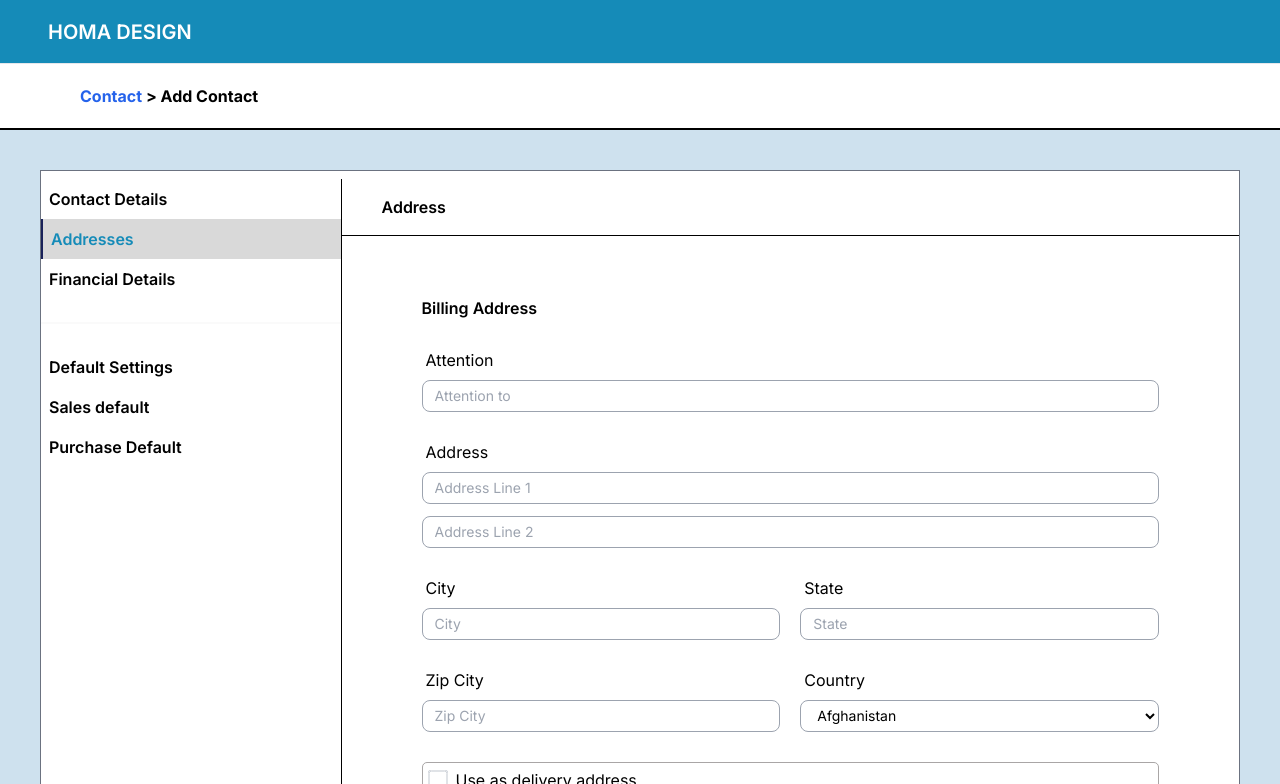
Repository: khairul35/homa-FE
Page: /contact
The author's editor kept a copy of each file at every save. The page is drawn from the files as they stood at one save, then again after the next save.
The browser window is 1280 px wide. The pictures show the whole page.
An inner scrolling area shows only its first screen. The project was rebuilt for these pictures with package versions that can differ from the ones it lists, and the page was loaded fresh each time. The framework's server and built-in components were replaced by stand-ins that run in the browser. Also part of the build but not shown: next.config.js, app/components/layout/header/BusinessMenu.tsx, app/components/layout/header/CompanyMenu.tsx, app/contact/index.component.tsx, app/contact/form/contact-details/index.module.css, app/contact/form/contact-details/index.component.tsx, app/contact/form/contact-details/index.tsx.

Above is the page before, as saved 2024-01-07 21:31:07.

### app/layout.tsx
import type { Metadata } from 'next'
import { Inter } from 'next/font/google'
import Header from './components/layout/Header';
import './globals.css'

const inter = Inter({ subsets: ['latin'] })

export const metadata: Metadata = {
  title: 'MyAccount2U',
  description: 'Accounting System',
}

export default function RootLayout({
  children,
}: {
  children: React.ReactNode
}) {
  return (
    <html lang="en">
      <body className={inter.className}>
        <div className='flex flex-col h-screen'>
          <Header />
          {children}
        </div>
      </body>
    </html>
  )
}

### app/contact/page.tsx
'use client';
import { useState } from 'react';
import { ComponentProps, Contact } from './index.props';
import Component from './index.component';
import ContactForm from './form';
import { FormProps } from './form/index.props';

const emptySelectedContact: Contact = {
    id: null,
    name: '',
    accountNumber: '',
    youOwe: null,
    theyOwe: null,
    status: 'Active',
    type: 'Customers',
    website: null,
    registrationNumber: null,
    notes: null,
    isBillingSameAsDelivery: false,
    organizationId: null,
    contactPhoneNumber: [
        {
            countryCode: '+60',
            number: '',
        },
    ],
    contactPrimaryPerson: [
        {
            firstName: '',
            lastName: '',
            email: '',
        },
    ],
};

const Contact = () => {
    const [currentTab, setCurrentTab] = useState('all');
    const [show, setShow] = useState<'list'|'form'>('form');
    const [selectedContact, setSelectedContact] = useState<Partial<Contact>>(emptySelectedContact)
    const selectedStyle = {
        backgroundColor: '#ECECEC',
        borderBottom: '3px solid #158BB8',
    };

    const onClickAddContact = () => {
        setSelectedContact(emptySelectedContact)
        setShow('form');
    };

    // Function to handle changes in contact name or account number
    const handleContactChange = (e: React.ChangeEvent<HTMLInputElement>) => {
        const { name, value } = e.target;
        setSelectedContact({
            ...selectedContact,
            [name]: value,
        });
    };

    // Function to handle changes in primary person's details
    const handlePrimaryPersonChange = (index: number, field: string, value: string) => {
        const updatedPrimaryPersons = [...(selectedContact?.contactPrimaryPerson || [])];
        updatedPrimaryPersons[index] = {
            ...updatedPrimaryPersons[index],
            [field]: value,
        };
        setSelectedContact({
            ...selectedContact,
            contactPrimaryPerson: updatedPrimaryPersons,
        });
    };

    // Function to handle changes in phone number details
    const handlePhoneNumberChange = (index: number, field: string, value: string) => {
        const updatedPhoneNumbers = [...(selectedContact?.contactPhoneNumber || [])];
        updatedPhoneNumbers[index] = {
            ...updatedPhoneNumbers[index],
            [field]: value,
        };
        setSelectedContact({
            ...selectedContact,
            contactPhoneNumber: updatedPhoneNumbers,
        });
    };

    const onSaveDetail = () => {
        console.log(selectedContact);
    };

    const onCancel = () => {
        setShow('list');
    };

    const componentProps: ComponentProps = {
        currentTab,
        selectedStyle,
        setCurrentTab,
        onClickAddContact
    };

    const contactFormProps: FormProps = {
        selectedContact,
        setSelectedContact,
        setShow,
        handleContactChange,
        handlePrimaryPersonChange,
        handlePhoneNumberChange,
        onSaveDetail,
        onCancel,
    };

    if (show == 'list') {
        return (<Component {...componentProps} />);
    }
    if (show == 'form') {
        return (<ContactForm {...contactFormProps} />);
    }
    return(<></>);
};

export default Contact;

### app/contact/form/index.tsx
'use client';

import { useState } from "react";
import Component from "./index.component";
import { ComponentProps, FormProps } from "./index.props";

const ContactForm = (props: FormProps) => {
    const {
        selectedContact,
        setShow,
        setSelectedContact,
        handleContactChange,
        handlePrimaryPersonChange,
        handlePhoneNumberChange,
        onSaveDetail,
        onCancel,
    } = props;

    const [menu, setMenu] = useState<string>('address');

    const onBack = () => {
        setShow('list');
    };

    const addAnotherPerson = () => {
        const arr = selectedContact?.contactPrimaryPerson || [];
        arr.push({
            firstName: '',
            lastName: '',
            email: '',
        });
        const updatedDetail = {
            ...selectedContact,
            ...arr
        };
        setSelectedContact(updatedDetail);
    };

    const addPhoneNumber = () => {
        const arr = selectedContact?.contactPhoneNumber || [];
        arr.push({
            countryCode: '+60',
            number: '',
        });
        const updatedDetail = {
            ...selectedContact,
            ...arr
        };
        setSelectedContact(updatedDetail);
    };
    const componentProps: ComponentProps = {
        menu,
        selectedContact,
        addAnotherPerson,
        addPhoneNumber,
        setMenu,
        onBack,
        handleContactChange,
        handlePrimaryPersonChange,
        handlePhoneNumberChange,
        onSaveDetail,
        onCancel,
    };

    return (<Component {...componentProps} />)
};

export default ContactForm;

### api/organization/index.ts
import repository from "../repository";
import { CreateOrganizationProps, UpdateOrganizationProps } from "./props";

const resource = '/api/organization';

const api = {
    findMyOrganization() {
        return repository.get(`${resource}/me`);
    },
    findMyOrganizations() {
        return repository.get(`${resource}/me/all`);
    },
    createOrganization(body: CreateOrganizationProps) {
        return repository.post(`${resource}`, body);
    },
    updateOrganization(body: UpdateOrganizationProps) {
        return repository.put(`${resource}`, body);
    },
    updateCurrentOrganization(organizationId: number) {
        return repository.put(`${resource}/current-organization/${organizationId}`);
    },
};

export default api;

### app/contact/form/index.component.tsx
import { ComponentProps } from "./index.props"
import styles from './index.module.css';
import ContactDetails from "./contact-details";
import { ContactDetailProps } from "./contact-details/index.props";
import { ContactAddressProps } from "./address/index.props";
import ContactAddress from "./address";

const Component = (props: ComponentProps) => {
    const {
        menu,
        selectedContact,
        addAnotherPerson,
        addPhoneNumber,
        setMenu,
        onBack,
        handleContactChange,
        handlePrimaryPersonChange,
        handlePhoneNumberChange,
        onSaveDetail,
        onCancel,
    } = props;

    const contactDetailProps: ContactDetailProps = {
        contact: selectedContact,
        addAnotherPerson,
        addPhoneNumber,
        handleContactChange,
        handlePrimaryPersonChange,
        handlePhoneNumberChange,
        onSaveDetail,
        onCancel,
    };

    const contactAddressProps: ContactAddressProps = {
        contact: selectedContact,
        onCancel,
    };

    const DetailComponent = () => {
        if (menu == 'details') {
            return (
                <>
                    <ContactDetails { ...contactDetailProps } />
                </>
            );
        }
        if (menu == 'address') {
            return (
                <>
                    <ContactAddress { ...contactAddressProps } />
                </>
            );
        }
        return (<></>)
    }

    return (
        <div className="bg-bg-color min-h-screen overflow-auto pb-5">
            <div className="bg-white border-b-2 border-black">
                <h1 className="pl-20 pt-5 pb-5 text-l font-bold">
                    <a
                        className="text-blue-600 cursor-pointer"
                        onClick={() => onBack()}
                    >
                        Contact
                    </a>
                    &nbsp;&gt; {selectedContact?.id ? selectedContact.name : 'Add Contact'}
                </h1>
            </div>
            <div
                className="flex
                    flex-col
                    md:flex-row
                    bg-white
                    m-10
                    pt-2
                    border-gray-500
                    border-solid
                    border"
                >
                <div className="md:w-1/4 md:order-1">
                    <div
                        className={`p-2 font-semibold cursor-pointer
                            ${styles.menu}
                            ${menu == 'details' ? styles.selectedMenu : ''}`
                        }
                        onClick={() => setMenu('details')}
                    >
                        Contact Details
                    </div>
                    <div
                        className={`p-2 font-semibold cursor-pointer
                            ${styles.menu}
                            ${menu == 'address' ? styles.selectedMenu : ''}`
                        }
                        onClick={() => setMenu('address')}
                    >
                        Addresses
                    </div>
                    <div
                        className={`p-2 font-semibold cursor-pointer
                            ${styles.menu}
                            ${menu == 'financial' ? styles.selectedMenu : ''}`
                        }
                        onClick={() => setMenu('financial')}
                    >
                        Financial Details
                    </div>
                    <div className="divider before:bg--gray-500 after:bg--gray-500"></div>
                    <div
                        className={`p-2 font-semibold cursor-pointer
                            ${styles.menu}
                            ${menu == 'setting' ? styles.selectedMenu : ''}`
                        }
                        onClick={() => setMenu('setting')}
                    >
                        Default Settings
                    </div>
                    <div
                        className={`p-2 font-semibold cursor-pointer
                            ${styles.menu}
                            ${menu == 'sales' ? styles.selectedMenu : ''}`
                        }
                        onClick={() => setMenu('sales')}
                    >
                        Sales default
                    </div>
                    <div
                        className={`p-2 font-semibold cursor-pointer
                            ${styles.menu}
                            ${menu == 'purchase' ? styles.selectedMenu : ''}`
                        }
                        onClick={() => setMenu('purchase')}
                    >
                        Purchase Default
                    </div>
                </div>
                <div className={`md:w-3/4 md:order-2 ${styles.leftDivider}`}>
                    <DetailComponent />
                </div>
            </div>
        </div>
    );
};

export default Component;

### api/repository.ts
import axios from 'axios';
import AuthRepository from './auth';

const repository = axios.create({
    baseURL: 'http://localhost:3000',
});

// Request interceptor to add Bearer token to outgoing requests
repository.interceptors.request.use(
    (config) => {
        const accessToken = localStorage.getItem('accessToken');
        if (accessToken) {
            config.headers.Authorization = `Bearer ${accessToken}`;
        }
        return config;
    },
    (error) => {
        return Promise.reject(error);
    }
);

let isRefreshing = false;
let failedQueue: any = [];

// Function to refresh the session and retry failed requests
async function retryFailedRequests(error: any) {
    if (isRefreshing) {
        try {
            const { data } = await AuthRepository.refreshToken();
            localStorage.setItem('accessToken', data.accessToken);
            localStorage.setItem('refreshToken', data.refreshToken);
            localStorage.setItem('isLogin', 'true');
            failedQueue.forEach((prom: any) => {
                prom.resolve(repository(prom.originalRequest));
            });
            failedQueue = [];
        } catch (error) {
            localStorage.setItem('isLogin', 'false');
            window.location.href = '/login';
            failedQueue.forEach((prom: any) => {
                prom.reject(error);
            });
            failedQueue = [];
        } finally {
            isRefreshing = false;
        }
    }
}

// Response interceptor to handle failed requests due to expired tokens
repository.interceptors.response.use(
    (response) => response,
    async (error) => {
        const {
            config,
            response: { status },
        } = error;

        if (status === 401) {
            const originalRequest = config;
            if (!isRefreshing) {
                isRefreshing = true;
                return new Promise((resolve, reject) => {
                    failedQueue.push({ resolve, reject, originalRequest });
                    retryFailedRequests(error);
                }).then((res) => {
                    return res;
                }).catch((err) => {
                    return Promise.reject(err);
                });
            } else {
                return new Promise((resolve, reject) => {
                    failedQueue.push({ resolve, reject, originalRequest });
                }).then((res) => {
                    return res;
                }).catch((err) => {
                    return Promise.reject(err);
                });
            }
        }
        return Promise.reject(error.response);
    }
);

export default repository;

### app/contact/form/index.module.css
.selectedMenu {
    background: #D9D9D9;
    color: #158BB8;
    border-left: 2px solid #192159 !important;
}

.menu:hover {
    background: #ececec;
    color: #158BB8;
    border-left: 2px solid #192059a1 !important;
}

.leftDivider {
    border-left: 1px solid #000;
}

### app/contact/form/address/index.tsx
'use client';

import Component from "./index.component";
import { ComponentProps, ContactAddressProps } from "./index.props";

const ContactAddress = (props: ContactAddressProps) => {
    const { contact, onCancel } = props;

    const componentProps: ComponentProps = {
        onCancel,
        contact,
    };

    return <Component {...componentProps} />
};

export default ContactAddress;

### api/auth.ts
import repository from "./repository";

const resource = "/api/auth";

const api = {
    login(username: string, password: string) {
        return repository.post(
            `${resource}/login`,
            { username, password },
        );
    },
    refreshToken() {
        return repository.post(
            `${resource}/refreshToken`,
            { refreshToken: localStorage.getItem('refreshToken') },
        );
    },
    logout() {
        return repository.post(`${resource}/logout`);
    },
    logoutAllDevice() {
        return repository.post(`${resource}/logout/all-device`);
    },
};

export default api;

### app/contact/form/address/index.component.tsx
import { ComponentProps } from "./index.props";
import styles from './index.module.css';
import countries from '@/constant/Country.json';

const Component = (props: ComponentProps) => {
    const {contact, onCancel } = props;

    const labelClass = "input-sm input input-bordered  bg-white border-gray-400 w-full"

    const FakeCheckBox = () => {
        if (contact?.isBillingSameAsDelivery) {
            return (
                <svg xmlns="http://www.w3.org/2000/svg" width="20" height="20" viewBox="0 0 30 30" fill="none">
                    <rect width="30" height="30" rx="5" fill="#158BB8"/>
                    <path fill-rule="evenodd" clip-rule="evenodd" d="M21.6894 9C21.3155 9 20.9817 9.14689 20.7413 9.38727L12.3416 17.8003L9.28354 14.7289C9.04316 14.4885 8.70931 14.3416 8.3354 14.3416C7.60093 14.3416 7 14.9425 7 15.677C7 16.0509 7.14689 16.3848 7.38727 16.6251L11.3935 20.6313C11.6338 20.8717 11.9677 21.0186 12.3416 21.0186C12.7155 21.0186 13.0494 20.8717 13.2897 20.6313L22.6376 11.2835C22.8779 11.0432 23.0248 10.7093 23.0248 10.3354C23.0248 9.60093 22.4239 9 21.6894 9Z" fill="white"/>
                </svg>
            );
            }
            return (<FakeEmptyCheckBox />);
    };

    const FakeEmptyCheckBox = () => {
        return (
            <svg xmlns="http://www.w3.org/2000/svg" width="20" height="20" viewBox="0 0 30 30" fill="none">
                <rect width="30" height="30" rx="5" fill="white" stroke="#D1D5DB" strokeWidth="1.5" />
                <rect x="1.75" y="1.75" width="26.5" height="26.5" rx="3.25" stroke="#D1D5DB" strokeWidth="1.5" />
            </svg>
        );
    };

    return (
        <div>
            <h2 className="p-4 pl-10 font-semibold">Address</h2>
            <div className={styles.divider}></div>
            <div className="p-5 lg:pl-20 lg:pr-20">
                <form method="dialog">
                    <h2 className="pt-10 font-semibold">Billing Address</h2>
                    <label className="label mt-5">Attention</label>
                    <input
                        placeholder="Attention to"
                        className={labelClass}
                    />

                    <label className="label mt-5">Address</label>
                    <input
                        placeholder="Address Line 1"
                        className={labelClass}
                    />
                    <input
                        placeholder="Address Line 2"
                        className={`mt-3 ${labelClass}`}
                    />
                    <div className="flex flex-wrap justify-center md:justify-start gap-5">
                        <div className="w-full md:w-[calc(50%-10px)]">
                            <label className="label mt-5">City</label>
                            <input
                                placeholder="City"
                                className={labelClass}
                            />
                        </div>
                        <div className="w-full md:w-[calc(50%-10px)]">
                            <label className="label mt-5">State</label>
                            <input
                                placeholder="State"
                                className={labelClass}
                            />
                        </div>
                    </div>
                    <div className="flex flex-wrap justify-center md:justify-start gap-5">
                        <div className="w-full md:w-[calc(50%-10px)]">
                            <label className="label mt-5">Zip City</label>
                            <input
                                placeholder="Zip City"
                                className={labelClass}
                            />
                        </div>
                        <div className="w-full md:w-[calc(50%-10px)]">
                            <label className="label mt-5">Country</label>
                                <select
                                    placeholder="Country"
                                    className={labelClass}
                                >
                                    {
                                        countries.map((e) => (
                                            <option key={e.isoCode} value={e.name}>
                                                { e.name }
                                            </option>
                                        ))
                                    }
                                </select>
                        </div>
                    </div>
                    <div className={styles.billingIsDeliveryCheckBox}>
                        <label className="flex items-center cursor-pointer">
                            <FakeCheckBox />
                            <span className="ml-2">Use as delivery address</span>
                        </label>
                    </div>
                    <h2 className="pt-10 font-semibold">Delivery Address</h2>
                </form>
            </div>
        </div>
    )
};

export default Component;

### app/contact/form/address/index.module.css
.divider {
    border-bottom: 1px solid #000;
}

.addAnotherPersonAnchor {
    color: #158BB8;
    padding: 5px;
    margin-top: 20px;
    cursor: pointer;
    font-weight: bold;
}

.billingIsDeliveryCheckBox {
    border-radius: 5px;
    border: 1px solid #a9a6a6;
    background: #FFF;
    margin-top: 30px;
    padding: 5px;
}

.billingIsDeliveryCheckBox:hover {
    background: #f4f4f4;
}

### tailwind.config.ts
import type { Config } from 'tailwindcss'

const config: Config = {
  content: [
    './pages/**/*.{js,ts,jsx,tsx,mdx}',
    './components/**/*.{js,ts,jsx,tsx,mdx}',
    './app/**/*.{js,ts,jsx,tsx,mdx}',
  ],
  theme: {
    extend: {
      backgroundImage: {
        'gradient-radial': 'radial-gradient(var(--tw-gradient-stops))',
        'gradient-conic':
          'conic-gradient(from 180deg at 50% 50%, var(--tw-gradient-stops))',
      },
      backgroundColor: {
        'bg-color': '#CEE1EE', // Define a custom background color class
      },
      button: {
        'primary': '#158BB8',
      },
      fontWeight: {
        'label': '600',
      },
    },
  },
  plugins: [require("daisyui")],
  daisyui: {
    themes: [
      {
        mytheme: {
          "primary": "#158BB8",
          "secondary": "#d926a9",
          "accent": "#1fb2a6",
          "neutral": "#2a323c",
          "base-100": "#1d232a",
          "info": "#3abff8",
          "success": "#36d399",
          "warning": "#fbbd23",
          "error": "#f87272",
        },
      },
    ],
  },
}
export default config

Loaded but not shown: app/globals.css (common file); constant/Country.json (4142 lines, source omitted); app/components/layout/Header.tsx (150 lines, source omitted)

After the next save:
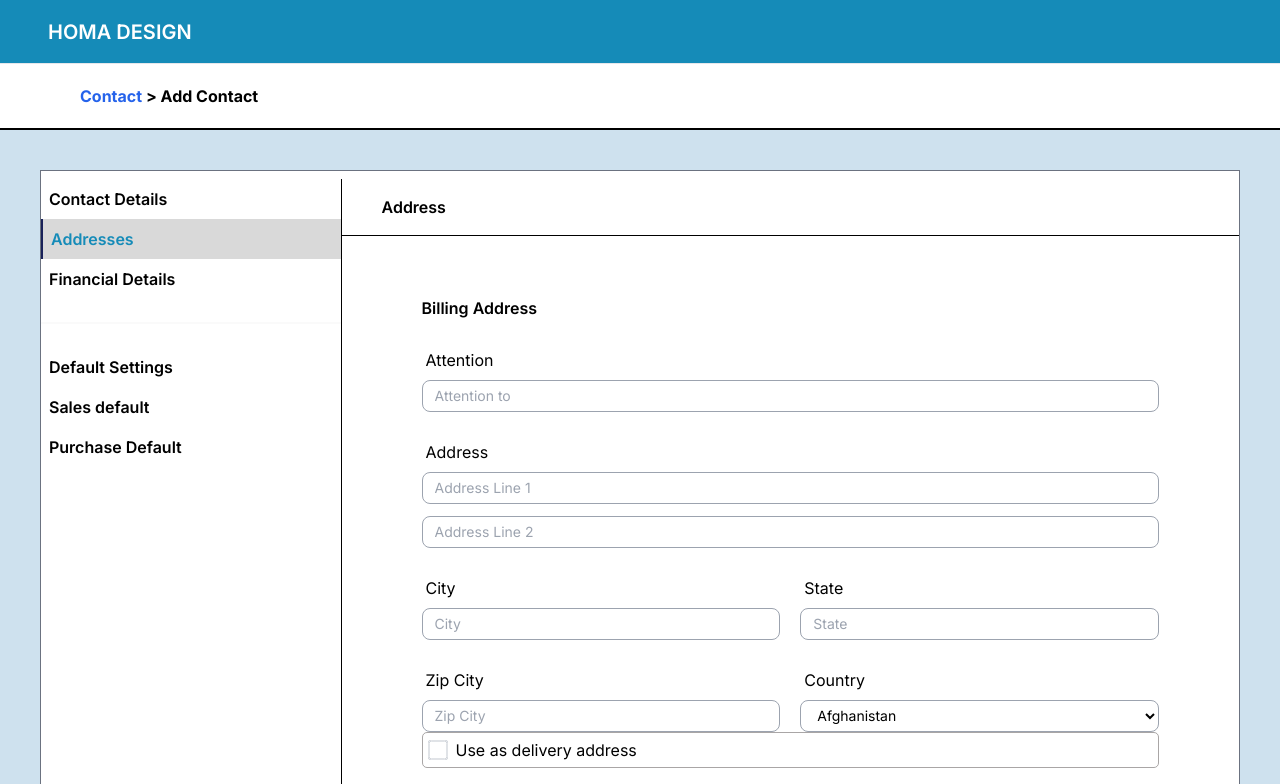
Saved 4 s later.
--- a/app/contact/form/address/index.module.css
+++ b/app/contact/form/address/index.module.css
@@ -14,7 +14,6 @@
     border-radius: 5px;
     border: 1px solid #a9a6a6;
     background: #FFF;
-    margin-top: 30px;
     padding: 5px;
 }
 
